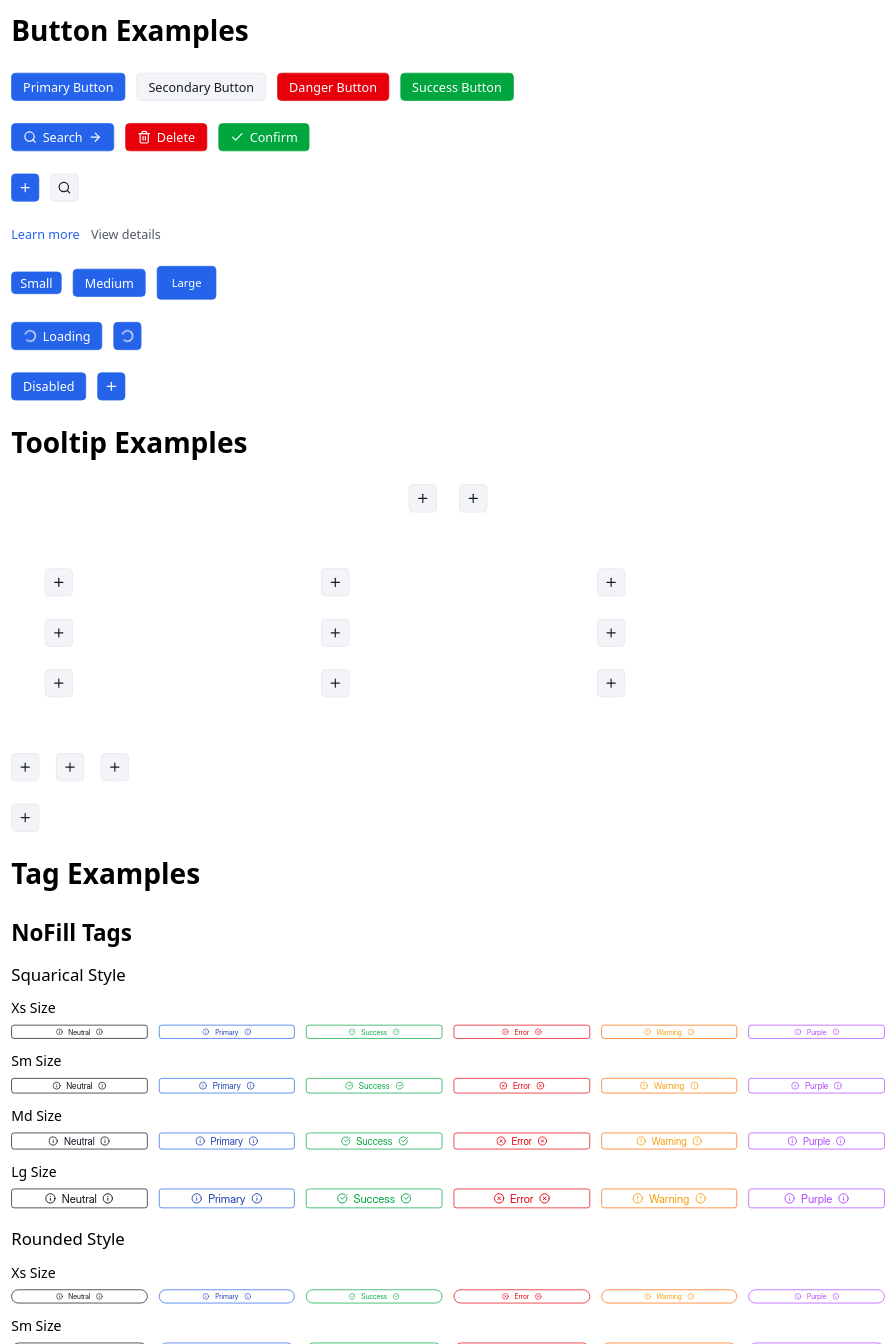
Repository: vinit-juspay/design-system
Page: /
An editor plug-in stored every save of this project. The page is shown before and after the next save, followed by the edit.
The browser window is 1280 px wide. The pictures show the part of the page from y = 0 to 1920 px (the page is 4628 px tall before and 720 px after), at 70% of full size.
Some web fonts or font styles are not loaded; a fallback is used. The project was rebuilt for these pictures with package versions that can differ from the ones it lists, and the page was loaded fresh each time. Also part of the build but not shown: vite.config.ts, src/components/button/Button.utils.ts, src/components/button/Button.tsx.

Above is the page before, as saved 2025-04-05 19:22:40.

### index.html
<!doctype html>
<html lang="en">
  <head>
    <meta charset="UTF-8" />
    <meta name="viewport" content="width=device-width, initial-scale=1.0" />
    <link rel="preconnect" href="https://fonts.googleapis.com">
    <link rel="preconnect" href="https://fonts.gstatic.com" crossorigin>
    <link href="https://fonts.googleapis.com/css2?family=Inter+Display:wght@400;500;600;700&family=JetBrains+Mono:wght@400;500;600;700&display=swap" rel="stylesheet">
    <title>Juspay Design System</title>
  </head>
  <body>
    <div id="root"></div>
    <script type="module" src="/src/main.tsx"></script>
  </body>
</html>

### src/App.tsx
import { Search, Plus, ArrowRight, Trash2, Check, Info, AlertCircle, HelpCircle } from "lucide-react";
import { Tooltip } from "./index";
import { Button, Tag, SplitTag } from "../lib/main";

const App = () => {
  const variants = ['noFill', 'attentive', 'subtle'] as const;
  const styles = ['squarical', 'rounded'] as const;
  const sizes = ['xs', 'sm', 'md', 'lg'] as const;
  const colors = ['neutral', 'primary', 'success', 'error', 'warning', 'purple'] as const;

  return (
    <div className="p-4 space-y-8">
      <h2 className="text-2xl font-semibold">Button Examples</h2>
      <div className="flex gap-4">
        <Button buttonType="primary" size="md">Primary Button</Button>
        <Button buttonType="secondary" size="md">Secondary Button</Button>
        <Button buttonType="danger" size="md">Danger Button</Button>
        <Button buttonType="success" size="md">Success Button</Button>
      </div>

      <div className="flex gap-4">
        <Button
          buttonType="primary"
          size="md"
          leadingIcon={Search}
          trailingIcon={ArrowRight}
        >
          Search
        </Button>
        <Button
          buttonType="danger"
          size="md"
          leadingIcon={Trash2}
        >
          Delete
        </Button>
        <Button
          buttonType="success"
          size="md"
          leadingIcon={Check}
        >
          Confirm
        </Button>
      </div>

      <div className="flex gap-4">
        <Button
          buttonType="primary"
          size="md"
          subType="iconOnly"
          leadingIcon={Plus}
          aria-label="Add item"
        />
        <Button
          buttonType="secondary"
          size="md"
          subType="iconOnly"
          leadingIcon={Search}
          aria-label="Search"
        />
      </div>

      <div className="flex gap-4">
        <Button
          buttonType="primary"
          size="md"
          subType="link"
        >
          Learn more
        </Button>
        <Button
          buttonType="secondary"
          size="md"
          subType="link"
        >
          View details
        </Button>
      </div>

      <div className="flex gap-4 items-center">
        <Button buttonType="primary" size="sm">Small</Button>
        <Button buttonType="primary" size="md">Medium</Button>
        <Button buttonType="primary" size="lg">Large</Button>
      </div>

      <div className="flex gap-4">
        <Button buttonType="primary" size="md" isLoading>
          Loading
        </Button>
        <Button
          buttonType="primary"
          size="md"
          subType="iconOnly"
          isLoading
          aria-label="Loading"
        />
      </div>

      <div className="flex gap-4">
        <Button buttonType="primary" size="md" isDisabled>
          Disabled
        </Button>
        <Button
          buttonType="primary"
          size="md"
          subType="iconOnly"
          isDisabled
          leadingIcon={Plus}
          aria-label="Add item"
        />
      </div>

      {/* Tooltip Examples */}
      <h2 className="text-2xl font-semibold mt-8">Tooltip Examples</h2>

      {/* Basic tooltips */}
      <div className="flex gap-8 items-center justify-center">
        <Tooltip content="Small tooltip" size="sm">
          <Button
            buttonType="secondary"
            size="md"
            subType="iconOnly"
            leadingIcon={Plus}
            aria-label="Add item"
          />
        </Tooltip>

        <Tooltip content="Large tooltip with more text" size="lg">
          <Button
            buttonType="secondary"
            size="md"
            subType="iconOnly"
            leadingIcon={Plus}
            aria-label="Add item"
          />
        </Tooltip>
      </div>

      {/* Different arrow positions */}
      <div className="grid grid-cols-3 gap-8 p-12">
        <Tooltip content="Default (top center)" arrow="default">
          <Button
            buttonType="secondary"
            size="md"
            subType="iconOnly"
            leadingIcon={Plus}
            aria-label="Add item"
          />
        </Tooltip>

        <Tooltip content="Top left" arrow="topLeft">
          <Button
            buttonType="secondary"
            size="md"
            subType="iconOnly"
            leadingIcon={Plus}
            aria-label="Add item"
          />
        </Tooltip>

        <Tooltip content="Top right" arrow="topRight">
          <Button
            buttonType="secondary"
            size="md"
            subType="iconOnly"
            leadingIcon={Plus}
            aria-label="Add item"
          />
        </Tooltip>

        <Tooltip content="Left" arrow="left">
          <Button
            buttonType="secondary"
            size="md"
            subType="iconOnly"
            leadingIcon={Plus}
            aria-label="Add item"
          />
        </Tooltip>

        <Tooltip content="No arrow" arrow="none">
          <Button
            buttonType="secondary"
            size="md"
            subType="iconOnly"
            leadingIcon={Plus}
            aria-label="Add item"
          />
        </Tooltip>

        <Tooltip content="Right" arrow="right">
          <Button
            buttonType="secondary"
            size="md"
            subType="iconOnly"
            leadingIcon={Plus}
            aria-label="Add item"
          />
        </Tooltip>

        <Tooltip content="Bottom left" arrow="bottomLeft">
          <Button
            buttonType="secondary"
            size="md"
            subType="iconOnly"
            leadingIcon={Plus}
            aria-label="Add item"
          />
        </Tooltip>

        <Tooltip content="Bottom center" arrow="bottomCenter">
          <Button
            buttonType="secondary"
            size="md"
            subType="iconOnly"
            leadingIcon={Plus}
            aria-label="Add item"
          />
        </Tooltip>

        <Tooltip content="Bottom right" arrow="bottomRight">
          <Button
            buttonType="secondary"
            size="md"
            subType="iconOnly"
            leadingIcon={Plus}
            aria-label="Add item"
          />
        </Tooltip>
      </div>

      {/* Tooltips with icons */}
      <div className="flex gap-6 items-center">
        <Tooltip
          content="Information tooltip"
          hasSlot
          slot={Info}
          slotDirection="left"
        >
          <Button
            buttonType="secondary"
            size="md"
            subType="iconOnly"
            leadingIcon={Plus}
            aria-label="Add item"
          />
        </Tooltip>

        <Tooltip
          content="Warning message"
          hasSlot
          slot={AlertCircle}
          slotDirection="left"
        >
          <Button
            buttonType="secondary"
            size="md"
            subType="iconOnly"
            leadingIcon={Plus}
            aria-label="Add item"
          />
        </Tooltip>

        <Tooltip
          content="Help is available"
          hasSlot
          slot={HelpCircle}
          slotDirection="right"
        >
          <Button
            buttonType="secondary"
            size="md"
            subType="iconOnly"
            leadingIcon={Plus}
            aria-label="Add item"
          />
        </Tooltip>
      </div>

      {/* Tooltip with custom provider props */}
      <div className="flex gap-4 items-center">
        <Tooltip
          content="Delayed tooltip (1000ms)"
          providerProps={{ delayDuration: 1000 }}
        >
          <Button
            buttonType="secondary"
            size="md"
            subType="iconOnly"
            leadingIcon={Plus}
            aria-label="Add item"
          />
        </Tooltip>
      </div>

      <h2 className="text-2xl font-semibold mt-8">Tag Examples</h2>

      {/* Comprehensive Tag Examples - with default icons on both sides */}
      {variants.map(variant => (
        <div key={variant} className="mt-6">
          <h3 className="text-xl font-semibold capitalize mb-4">{variant} Tags</h3>

          {styles.map(style => (
            <div key={style} className="mb-6">
              <h4 className="text-lg font-medium capitalize mb-3">{style} Style</h4>

              {sizes.map(size => (
                <div key={size} className="mb-4">
                  <h5 className="text-md font-medium capitalize mb-2">{size} Size</h5>

                  <div className="grid grid-cols-6 gap-4 mb-3">
                    {colors.map(color => (
                      <Tag
                        key={color}
                        variant={variant}
                        tagStyle={style}
                        size={size}
                        color={color}
                        label={color.charAt(0).toUpperCase() + color.slice(1)}
                      />
                    ))}
                  </div>
                </div>
              ))}
            </div>
          ))}
        </div>
      ))}

      {/* Split Tags - with default icons on both sides */}
      <div className="mt-6">
        <h3 className="text-xl font-semibold mb-4">Split Tags</h3>

        {styles.map(style => (
          <div key={style} className="mb-6">
            <h4 className="text-lg font-medium capitalize mb-3">{style} Style</h4>

            {sizes.map(size => (
              <div key={size} className="mb-4">
                <h5 className="text-md font-medium capitalize mb-2">{size} Size</h5>

                <div className="grid grid-cols-6 gap-4 mb-3">
                  {colors.map(color => (
                    <SplitTag
                      key={color}
                      tagStyle={style}
                      size={size}
                      color={color}
                      leftLabel="Left"
                      rightLabel="Right"
                    />
                  ))}
                </div>
              </div>
            ))}
          </div>
        ))}
      </div>
    </div>
  );
};

export default App;

### src/index.ts
import './index.css';

export type { ButtonProps, ButtonType, ButtonSize } from './components/button/Button.types';
export { default as Button } from './components/button/Button';

export type { TooltipProps, TooltipSize, TooltipArrow, SlotDirection } from './components/tooltip/Tooltip.types';
export { default as Tooltip } from './components/tooltip/Tooltip';

### lib/main.ts
import '../src/index.css';

export { default as Button } from './components/Button/Button';
export { default as Tag, SplitTag } from './components/Tags/Tags';

### src/components/tooltip/Tooltip.tsx
import * as React from 'react';
import * as RadixTooltip from '@radix-ui/react-tooltip';
import { TooltipProps } from './Tooltip.types';
import { getTooltipClassNames, getArrowStyles, getContentContainerClassNames, getSlotClassNames } from './Tooltip.utils';

/**
 * Tooltip component built on top of Radix UI tooltip primitive
 * Provides contextual information when hovering over elements
 *
 * @component
 * @example
 * // Basic usage
 * <Tooltip content="This is a tooltip">
 *   <Button>Hover me</Button>
 * </Tooltip>
 *
 * // With custom slot (e.g. icon)
 * <Tooltip content="Custom tooltip" arrow="right" hasSlot slot={InfoIcon} slotDirection="left">
 *   <span>Hover for info</span>
 * </Tooltip>
 */

const Tooltip = React.forwardRef<
  React.ElementRef<typeof RadixTooltip.Content>,
  TooltipProps
>(({
  children,
  content,
  size = 'sm',
  arrow = 'default',
  hasSlot = false,
  slotDirection = 'left',
  slot: Slot,
  providerProps = { delayDuration: 300 },
  rootProps,
  contentProps,
}, ref) => {
  const tooltipClassNames = getTooltipClassNames(size);
  const { arrowClassName, side, align, showArrow } = getArrowStyles(arrow);
  const contentContainerClassNames = getContentContainerClassNames();

  return (
    <RadixTooltip.Provider delayDuration={providerProps.delayDuration}>
      <RadixTooltip.Root {...rootProps}>
        <RadixTooltip.Trigger asChild>
          {children}
        </RadixTooltip.Trigger>
        <RadixTooltip.Portal>
          <RadixTooltip.Content
            ref={ref}
            sideOffset={5}
            side={side as RadixTooltip.TooltipContentProps['side']}
            align={align as RadixTooltip.TooltipContentProps['align']}
            className={tooltipClassNames}
            {...contentProps}
          >
            <div className={contentContainerClassNames}>
              {hasSlot && slotDirection === 'left' && Slot && (
                <Slot className={getSlotClassNames('left')} />
              )}
              {content}
              {hasSlot && slotDirection === 'right' && Slot && (
                <Slot className={getSlotClassNames('right')} />
              )}
            </div>
            {showArrow && <RadixTooltip.Arrow className={arrowClassName} />}
          </RadixTooltip.Content>
        </RadixTooltip.Portal>
      </RadixTooltip.Root>
    </RadixTooltip.Provider>
  );
});

Tooltip.displayName = 'Tooltip';

export default Tooltip;

### lib/components/Button/Button.tsx
import * as React from 'react';
import { Loader2 } from 'lucide-react';
import { ButtonProps } from './types';
import { cn } from '../../utils';
import { getButtonClassNames, getIconClassNames, getTextClassNames } from './utils';

const Button = React.forwardRef<HTMLButtonElement, ButtonProps>(
  ({
    buttonType = 'primary',
    size = 'md',
    subType = 'default',
    text,
    leadingIcon: LeadingIcon,
    trailingIcon: TrailingIcon,
    isLoading = false,
    isDisabled = false,
    className,
    children,
    ...props
  }, ref) => {
    const baseClassNames = getButtonClassNames(buttonType, size, subType);
    const iconClassNames = getIconClassNames(size, isLoading);
    const textClassNames = getTextClassNames(size);

    return (
      <button
        ref={ref}
        disabled={isDisabled || isLoading}
        className={cn(baseClassNames, className)}
        {...props}
      >
        {isLoading && (
          <Loader2 className={iconClassNames} />
        )}
        {!isLoading && LeadingIcon && (
          <LeadingIcon className={iconClassNames} />
        )}
        {(text || children) && (
          <span className={textClassNames}>{text || children}</span>
        )}
        {!isLoading && TrailingIcon && (
          <TrailingIcon className={iconClassNames} />
        )}
      </button>
    );
  }
);

Button.displayName = 'Button';

export default Button;

### src/components/tooltip/Tooltip.utils.ts
import { TooltipSize, TooltipArrow } from './Tooltip.types';
import { themeConfig } from '../../themeConfig';
import { cn } from '../../lib/utils';

/**
 * Generates the appropriate class names for a tooltip based on its size
 *
 * @param {TooltipSize} size - The size of the tooltip (sm or lg)
 * @returns {string} Combined Tailwind CSS class names for the tooltip
 */
export const getTooltipClassNames = (size: TooltipSize): string => {
  const theme = themeConfig.euler.tooltip;
  const tooltipSize = theme.sizes[size];

  return cn(
    theme.baseStyles,
    tooltipSize.padding,
    tooltipSize.fontSize,
    tooltipSize.borderRadius,
    tooltipSize.maxWidth
  );
};

/**
 * Generates the appropriate class names for the slot based on its direction
 *
 * @param {string} direction - The direction of the slot ('left' or 'right')
 * @returns {string} Combined Tailwind CSS class names for the slot
 */
export const getSlotClassNames = (direction: 'left' | 'right'): string => {
  return cn(
    'h-4 w-4',
    direction === 'left' ? 'mr-2' : 'ml-2'
  );
};

/**
 * Generates the appropriate class names for a tooltip arrow based on its position
 *
 * @param {TooltipArrow} arrow - The position of the arrow
 * @returns {object} Object containing arrow classes and side/align props for Radix UI
 */
export const getArrowStyles = (arrow: TooltipArrow) => {
  const theme = themeConfig.euler.tooltip;

  // Default positioning (top arrow)
  let side = 'top';
  let align = 'center';
  let showArrow = true;

  switch (arrow) {
    case 'right':
      side = 'left';
      align = 'center';
      break;
    case 'left':
      side = 'right';
      align = 'center';
      break;
    case 'bottomCenter':
      side = 'bottom';
      align = 'center';
      break;
    case 'bottomLeft':
      side = 'bottom';
      align = 'start';
      break;
    case 'bottomRight':
      side = 'bottom';
      align = 'end';
      break;
    case 'topCenter':
      side = 'top';
      align = 'center';
      break;
    case 'topLeft':
      side = 'top';
      align = 'start';
      break;
    case 'topRight':
      side = 'top';
      align = 'end';
      break;
    case 'none':
      showArrow = false;
      break;
    default:
      // Default is top with center alignment
      break;
  }

  return {
    arrowClassName: cn(theme.arrow.baseStyles),
    side,
    align,
    showArrow
  };
};

/**
 * Generates the appropriate class names for the content container of the tooltip
 *
 * @returns {string} Combined Tailwind CSS class names for the tooltip content
 */
export const getContentContainerClassNames = (): string => {
  const theme = themeConfig.euler.tooltip;

  return cn(
    'flex',
    theme.content.baseStyles
  );
};

### lib/components/Button/utils.ts
import { ButtonSize, ButtonType, ButtonSubType } from './types';
import { themeConfig } from '../../themeConfig';
import { cn } from '../../utils';

export const getButtonClassNames = (
  type: ButtonType,
  size: ButtonSize,
  subType: ButtonSubType
): string => {
  const theme = themeConfig.euler.button;
  const buttonType = theme.buttonType[type];
  const buttonSize = theme.sizes[size];

  const baseClasses = `
    inline-flex items-center justify-center
    transition-all duration-200
    focus-visible:outline-primary-200 focus-visible:outline-2
    focus:outline-primary-200 focus:outline-2
    disabled:pointer-events-none
  `;

  if (subType === 'link') {
    return cn(
      baseClasses,
      buttonSize.fontSize,
      theme.linkColors[type].text,
      theme.linkColors[type].hover,
      theme.linkColors[type].focus
    );
  }

  if (subType === 'iconOnly') {
    return cn(
      baseClasses,
      buttonSize.height,
      'aspect-square p-0',
      buttonType.backgroundColor,
      buttonType.textColor,
      buttonType.hoverBackgroundColor,
      buttonType.activeBackgroundColor,
      buttonType.borderColor,
      buttonType.disabledBackgroundColor,
      theme.borderRadius
    );
  }

  return cn(
    baseClasses,
    buttonSize.height,
    buttonSize.padding,
    buttonSize.fontSize,
    buttonSize.gap,
    buttonType.backgroundColor,
    buttonType.textColor,
    buttonType.hoverBackgroundColor,
    buttonType.activeBackgroundColor,
    buttonType.borderColor,
    buttonType.disabledBackgroundColor,
    theme.borderRadius
  );
};

export const getIconClassNames = (size: ButtonSize, isLoading: boolean): string => {
  const theme = themeConfig.euler.button;
  const buttonSize = theme.sizes[size];

  return cn(
    buttonSize.iconSize,
    isLoading && 'animate-spin'
  );
};

export const getTextClassNames = (size: ButtonSize): string => {
  const theme = themeConfig.euler.button;
  const buttonSize = theme.sizes[size];

  return cn(
    buttonSize.fontSize
  );
};

### lib/components/Tags/utils.ts
import { TagVariant, TagStyle, TagSize, TagColor } from './types';
import { themeConfig } from '../../themeConfig';
import { cn } from '../../utils';

export const getTagClassNames = (
  variant: TagVariant,
  tagStyle: TagStyle,
  size: TagSize,
  color: TagColor
): string => {
  const theme = themeConfig.euler.tag;

  // Base classes for all tags
  const baseClasses = `
    inline-flex items-center justify-center
    gap-2 transition-all duration-200
  `;

  // For splitTags, we'll handle this differently in the component
  if (variant === 'splitTags') {
    return cn(
      baseClasses,
      theme.sizes[size].height,
      theme.sizes[size].fontSize,
      theme.style[tagStyle]
    );
  }

  return cn(
    baseClasses,
    theme.sizes[size].height,
    theme.sizes[size].padding,
    theme.sizes[size].fontSize,
    theme.style[tagStyle],
    theme.variant[variant][color]
  );
};

export const getSplitTagClassNames = (
  tagStyle: TagStyle,
  size: TagSize,
  color: TagColor,
  isLeft: boolean
): string => {
  const theme = themeConfig.euler.tag;

  // Base classes for all tags
  const baseClasses = `
    inline-flex items-center justify-center
    gap-2 transition-all duration-200
  `;

  // Use noFill variant for left side and attentive variant for right side
  const variant = isLeft ? 'noFill' : 'attentive';

  // Apply border radius based on side
  const borderRadius = tagStyle === 'rounded'
    ? (isLeft ? 'rounded-l-full' : 'rounded-r-full')
    : (isLeft ? 'rounded-l' : 'rounded-r');

  return cn(
    baseClasses,
    theme.sizes[size].height,
    theme.sizes[size].padding,
    theme.sizes[size].fontSize,
    borderRadius,
    theme.variant[variant][color]
  );
};

Loaded but not shown: src/main.tsx (common file); src/index.css (common file); src/lib/utils.ts (common file); lib/utils/index.ts (common file); tailwind.config.js (318 lines, source omitted); src/themeConfig.ts (278 lines, source omitted); lib/themeConfig.ts (134 lines, source omitted); lib/components/Tags/Tags.tsx (119 lines, source omitted)

After the next save:
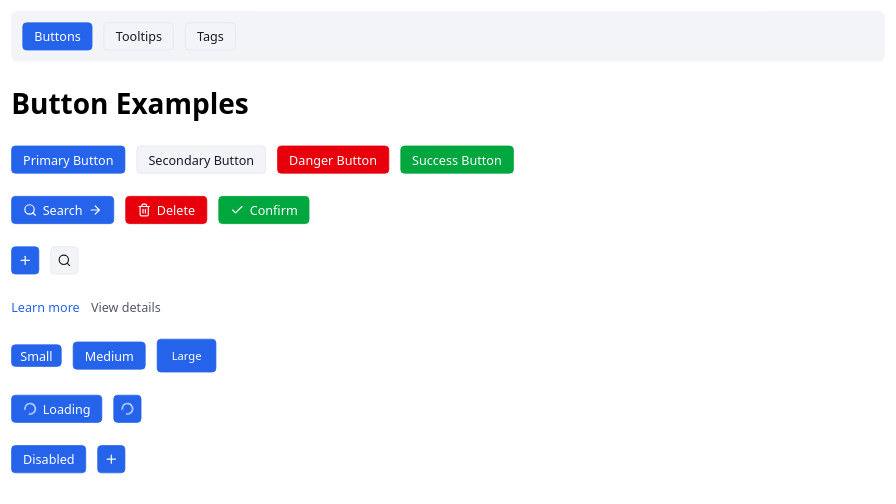
Saved 75 s later.
--- a/src/App.tsx
+++ b/src/App.tsx
@@ -1,4 +1,5 @@
-import { Search, Plus, ArrowRight, Trash2, Check, Info, AlertCircle, HelpCircle } from "lucide-react";
+import React, { useState } from "react";
+import { Search, Plus, ArrowRight, Trash2, Check, Info, AlertCircle, HelpCircle, CheckCircle, XCircle } from "lucide-react";
 import { Tooltip } from "./index";
 import { Button, Tag, SplitTag } from "../lib/main";
 
@@ -8,8 +9,38 @@ const App = () => {
   const sizes = ['xs', 'sm', 'md', 'lg'] as const;
   const colors = ['neutral', 'primary', 'success', 'error', 'warning', 'purple'] as const;
 
-  return (
-    <div className="p-4 space-y-8">
+  const [activeComponent, setActiveComponent] = useState<'buttons' | 'tooltips' | 'tags'>('buttons');
+
+  const renderNavbar = () => (
+    <div className="bg-gray-100 p-4 mb-8 rounded-lg">
+      <div className="flex gap-4">
+        <Button
+          buttonType={activeComponent === 'buttons' ? 'primary' : 'secondary'}
+          size="md"
+          onClick={() => setActiveComponent('buttons')}
+        >
+          Buttons
+        </Button>
+        <Button
+          buttonType={activeComponent === 'tooltips' ? 'primary' : 'secondary'}
+          size="md"
+          onClick={() => setActiveComponent('tooltips')}
+        >
+          Tooltips
+        </Button>
+        <Button
+          buttonType={activeComponent === 'tags' ? 'primary' : 'secondary'}
+          size="md"
+          onClick={() => setActiveComponent('tags')}
+        >
+          Tags
+        </Button>
+      </div>
+    </div>
+  );
+
+  const renderButtons = () => (
+    <>
       <h2 className="text-2xl font-semibold">Button Examples</h2>
       <div className="flex gap-4">
         <Button buttonType="primary" size="md">Primary Button</Button>
@@ -109,9 +140,12 @@ const App = () => {
           aria-label="Add item"
         />
       </div>
-
-      {/* Tooltip Examples */}
-      <h2 className="text-2xl font-semibold mt-8">Tooltip Examples</h2>
+    </>
+  );
+
+  const renderTooltips = () => (
+    <>
+      <h2 className="text-2xl font-semibold">Tooltip Examples</h2>
 
       {/* Basic tooltips */}
       <div className="flex gap-8 items-center justify-center">
@@ -292,8 +326,12 @@ const App = () => {
           />
         </Tooltip>
       </div>
-
-      <h2 className="text-2xl font-semibold mt-8">Tag Examples</h2>
+    </>
+  );
+
+  const renderTags = () => (
+    <>
+      <h2 className="text-2xl font-semibold">Tag Examples</h2>
 
       {/* Comprehensive Tag Examples - with default icons on both sides */}
       {variants.map(variant => (
@@ -356,6 +394,16 @@ const App = () => {
           </div>
         ))}
       </div>
+    </>
+  );
+
+  return (
+    <div className="p-4 space-y-8">
+      {renderNavbar()}
+
+      {activeComponent === 'buttons' && renderButtons()}
+      {activeComponent === 'tooltips' && renderTooltips()}
+      {activeComponent === 'tags' && renderTags()}
     </div>
   );
 };
